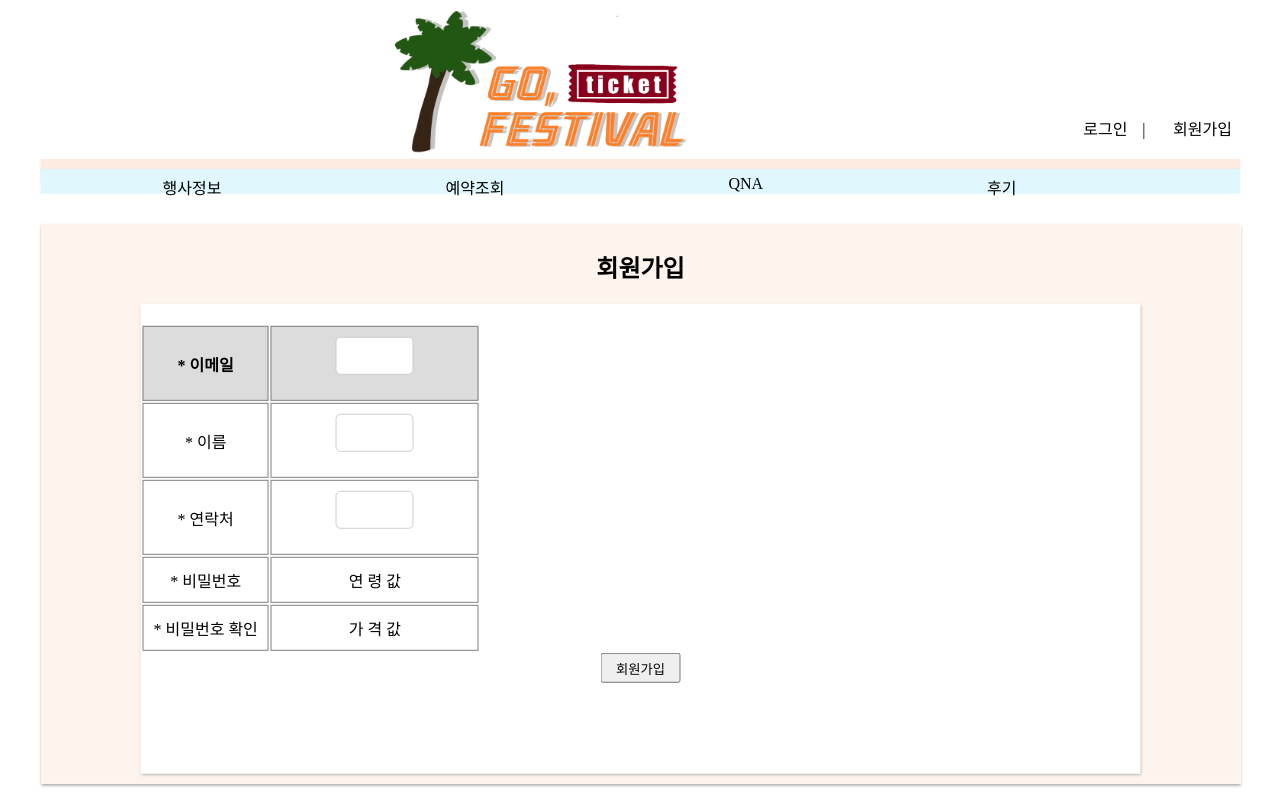
Repository: Changgyu1/Chang_Gu
Page: http://localhost/Project/register.jsp
The author's editor kept a copy of each file at every save. The page is drawn from the files as they stood at one save, then again after the next save.
The browser window is 1280 px wide. The pictures show the whole page.
Some web fonts or font styles are not loaded; a fallback is used. The page is served by Tomcat 9. Other server files are loaded and not shown.

Above is the page before, as saved 2023-11-14 04:02:51.

### Project/src/main/webapp/register.jsp
<%@ page language="java" contentType="text/html; charset=UTF-8"
	pageEncoding="UTF-8"%>
<%@ page import="register.event.registerDAO"%>
<%@ page import="register.event.registerDTO"%>
<%@ page import="java.io.PrintWriter"%>
<!DOCTYPE html>
<html lang="UTF-8">
<head>
<meta charset="UTF-8">
<meta name="viewport" content="width=device-width, initial-scale=1.0">
<title>예약</title>
<link rel="stylesheet" type="text/css" href="./hjCss/main.css">
<link rel="stylesheet" type="text/css"
	href="./hjCss/reservationSearch.css">
	<style>

	</style>
</head>
<body>
	<div id="wrapper">
		<!--로고이미지-->
		<img src="./image/로고1.png" id="logo">
		<!--로그인 버튼-->
		<div style="text-align: right; width: 1215px;">
			<%
			if (session.getAttribute("email") != null) {
			%>
			<button type="button" onclick="location.href='logout.jsp'"
				style="width: 75px;">로그아웃</button>
			<h>|</h>
			<button type="button"
				onclick="location.href='mypageServlet?email=<%=session.getAttribute("email")%>'"
				style="width: 100px;">마이페이지</button>
			<%
			} else {
			%>
			<button type="button" onclick="location.href='login.jsp'"
				style="width: 60px;">로그인</button>
			<h>|</h>
			<button type="button" onclick="location.href='join.jsp'"
				style="width: 100px;">회원가입</button>
			<%
			}
			%>

		</div>

		<!-- 메뉴바 -->
		<div id="buttons">
			<ul>
				<li onclick="location.href='review_list.jsp'">후기</li>
				<li onclick="location.href='Qna_List.jsp'">QNA</li>
				<li onclick="location.href='reservation_search.jsp'">예약조회</li>
				<li onclick="location.href='Event_List.jsp'">행사정보</li>
			</ul>
		</div>
		<!-- 가운데 가장 큰 박스 -->
		<div id="background">

			<h2 style="padding-top: 15px">회원가입</h2>
			<!-- 안에 글넣는 하얀 박스-->
			<div id="reviewbox">
				<!-- 회원가입 -->
				<form action="register" method="post" onsubmit="return Check()">
					<table>
						<thead class="registerInfo">
							<tr>
								<th>* 이메일</th>
								<th><input type="email" id="email" name="email" required></th>
							</tr>
						</thead>
						<tbody>
							<tr>
								<td>* 이름</td>
								<td><input type="text" id="name" name="name" required> </td>
							</tr>
							<tr>
								<td>* 연락처</td>
								<td><input type="text" id="phonenumber" name="phonenumber" required></td>
							</tr>
							<tr>
								<td>* 비밀번호</td>
								<td>연 령 값</td>
							</tr>
							<tr>
								<td>* 비밀번호 확인</td>
								<td>가 격 값</td>
							</tr>
						</tbody>
					</table>
					<input type="submit" onclick="Check()" value="회원가입"
						style="width: 80px; height: 30px;">
				</form>
			</div>
		</div>

	</div>
</body>
</html>

### Project/src/main/webapp/hjCss/main.css
@font-face {
    font-family: 'NanumSquareNeo-Variable';
    src: url('https://cdn.jsdelivr.net/gh/projectnoonnu/noonfonts_11-01@1.0/NanumSquareNeo-Variable.woff2') format('woff2');
    font-weight: normal;
    font-style: normal;
}

    *{
    font-family: 'NanumSquareNeo-Variable';
    }

     body{
 	   	 position: absolute;
            padding: 20px;
            top: 50%;
            left: 50%;
            transform: translate(-50%, -50%);
    }



    #logo{
        width:300px;
        margin-left:350px;
        margin-bottom:-56px;
        margin-top:50px;
    }


       #searchbox{
     margin-right:100px;
        }


    #buttons{
        background:rgba(150, 230, 248, 0.295);
        height: 25px;
        width: 1200px;
        box-shadow: 0px -10px 0px rgba(249, 220, 201, 0.575);
        margin-top: 25px;

    }

    button{
        border:none;
        background:none;
        margin: 3px;
        font-size: 16px;
        width: 250px;

    }

    #background{
        background-color:rgba(249, 220, 201, 0.326);
        width: 1200px;
        height: 550px;
        margin-top: 30px;

        box-shadow: 0px 2px 3px rgb(161, 160, 159);
        padding-top:10px;

    }



    #reviewbox{

    	padding-top:20px;
    	max-width: 1000px;
        height: 450px;
        margin-left:auto;
        margin-right:auto;
        background-color: #ffffff;
        text-align:center;
        box-shadow: 0px 1px 3px rgb(161, 160, 159);
        margin-top : 20px;


    }


    #review{
    margin:10px;
    width:700px;
    height:250px;

    }

    #review_title{
    margin:10px;
     width:700px;
    height:30px;

    }



    h2{
    font-family: 'NanumSquareNeo-Variable';
 	margin-top:0px;
    text-align: center;
    }


    #list{

            background-color: rgba(149, 150, 149, 0.055);
            border: 1px solid gray;
            border-collapse: collapse;
            padding: 10px;
            width:900px;
            text-align: center;
            margin-left:auto;
   			margin-right:auto;

        }


        th{

            background-color: rgba(161, 161, 161, 0.377);

        }

        th,td{

            border: 1px solid gray;
            padding: 10px;
        }

        #textbox{
        margin-right:100px;
        }

ul{
	list-style:none;
}

### Project/src/main/webapp/hjCss/reservationSearch.css


/* 입력 필드 스타일 */
input[type="text"],
input[type="email"],
 input[type="password"]{
    width: 30%;
    padding: 10px;
    margin-bottom: 15px;
    border: 1px solid #ccc;
    border-radius: 5px;
}


li{
		float:right;
		margin: 6px 224px 0px 0;
}


div#r_search {
    margin-top: 123px;
}

li#info{
	list-style:none;

}

After the next save:
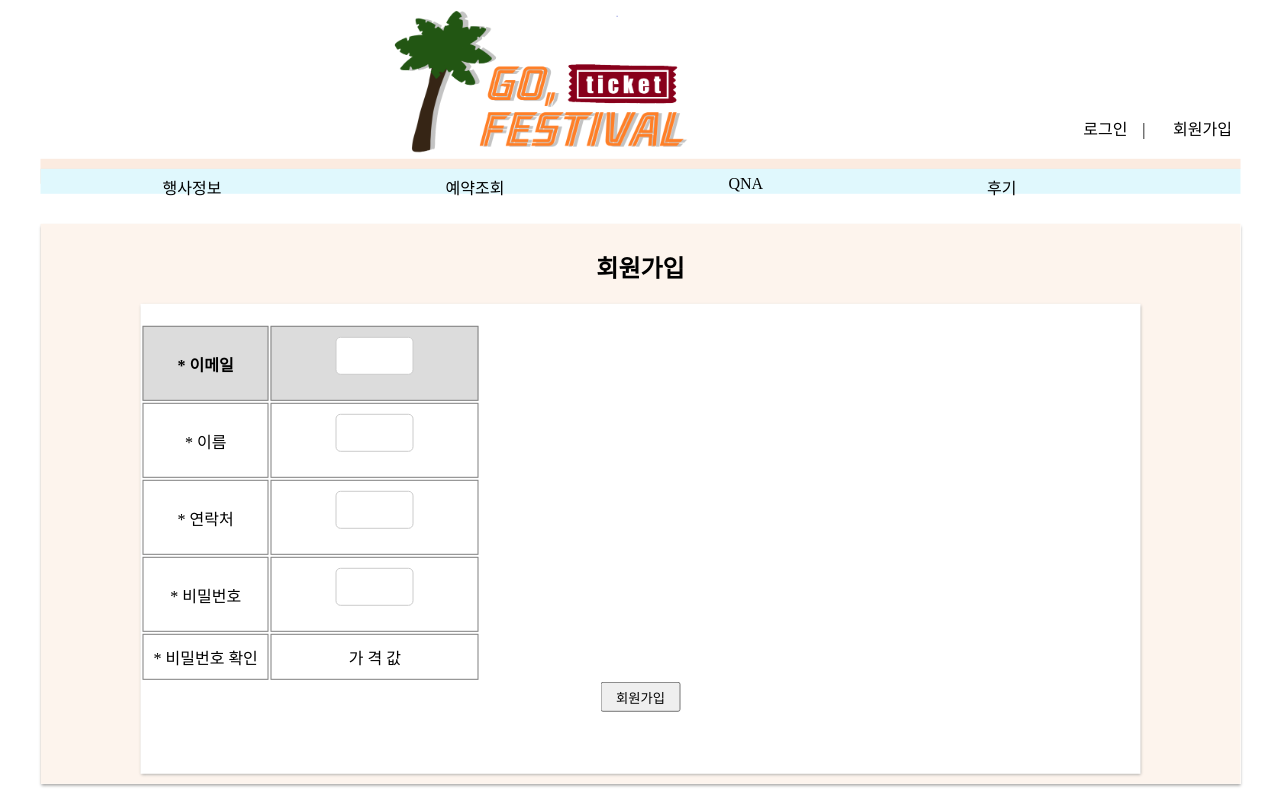
Saved 16 s later.
--- a/Project/src/main/webapp/register.jsp
+++ b/Project/src/main/webapp/register.jsp
@@ -80,7 +80,7 @@
 							</tr>
 							<tr>
 								<td>* 비밀번호</td>
-								<td>연 령 값</td>
+								<td><input type="password" id="password" name="password" required></td>
 							</tr>
 							<tr>
 								<td>* 비밀번호 확인</td>
